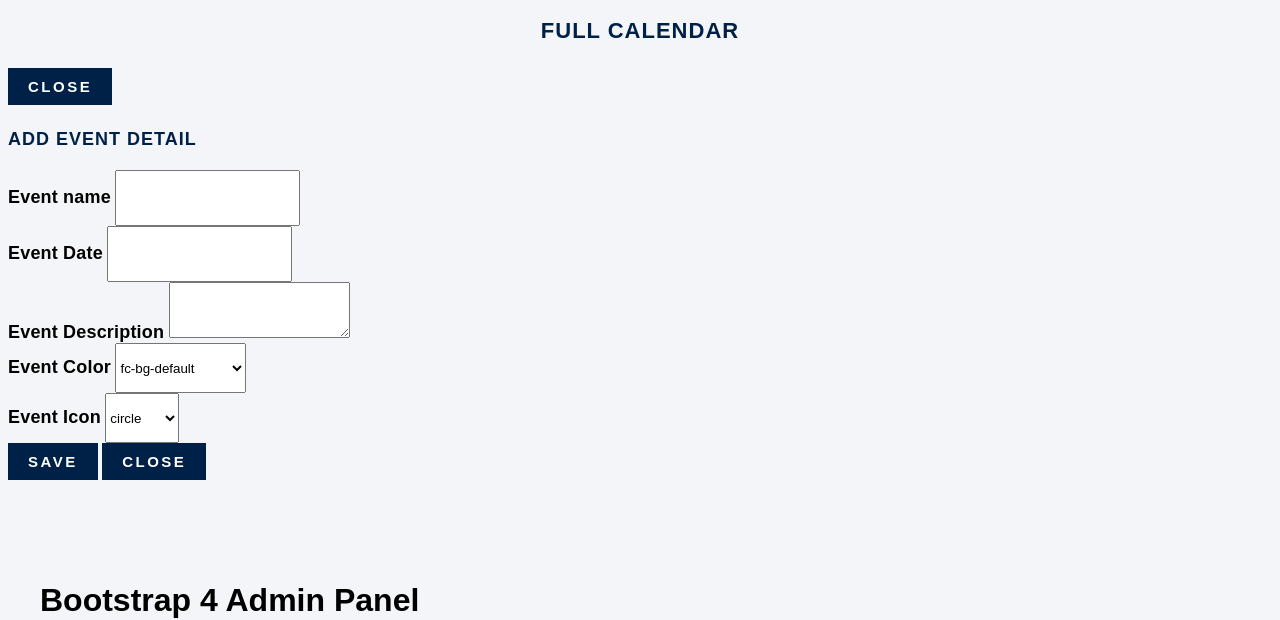
Repository: huyennvo/Calender
Page: Calender/index.html
The author's editor kept a copy of each file at every save. The page is drawn from the files as they stood at one save, then again after the next save.
The browser window is 1280 px wide. The pictures show the part of the page from y = 0 to 620 px (the page is 1263 px tall before and 1293 px after).
A picture or video elsewhere on the page could not be fetched, so the positions and the page height are approximate.

Above is the page before, as saved 2022-08-02 11:51:03.
Console error: ReferenceError: jQuery is not defined

### Calender/index.html
<!DOCTYPE html>
<html lang="en">

<head>
    <meta charset="UTF-8">
    <meta http-equiv="X-UA-Compatible" content="IE=edge">
    <meta name="viewport" content="width=device-width, initial-scale=1.0">
    <title>Document</title>
    <link rel="stylesheet" href="style.css">
</head>

<body>
    <div class="p-5">
        <h2 class="mb-4">Full Calendar</h2>
        <div class="card">
            <div class="card-body p-0">
                <div id="calendar"></div>
            </div>
        </div>
    </div>

    <!-- calendar modal -->
    <div id="modal-view-event" class="modal modal-top fade calendar-modal">
        <div class="modal-dialog modal-dialog-centered">
            <div class="modal-content">
                <div class="modal-body">
                    <h4 class="modal-title"><span class="event-icon"></span><span class="event-title"></span></h4>
                    <div class="event-body"></div>
                </div>
                <div class="modal-footer">
                    <button type="button" class="btn btn-primary" data-dismiss="modal">Close</button>
                </div>
            </div>
        </div>
    </div>

    <div id="modal-view-event-add" class="modal modal-top fade calendar-modal">
        <div class="modal-dialog modal-dialog-centered">
            <div class="modal-content">
                <form id="add-event">
                    <div class="modal-body">
                        <h4>Add Event Detail</h4>
                        <div class="form-group">
                            <label>Event name</label>
                            <input type="text" class="form-control" name="ename">
                        </div>
                        <div class="form-group">
                            <label>Event Date</label>
                            <input type='text' class="datetimepicker form-control" name="edate">
                        </div>
                        <div class="form-group">
                            <label>Event Description</label>
                            <textarea class="form-control" name="edesc"></textarea>
                        </div>
                        <div class="form-group">
                            <label>Event Color</label>
                            <select class="form-control" name="ecolor">
              <option value="fc-bg-default">fc-bg-default</option>
              <option value="fc-bg-blue">fc-bg-blue</option>
              <option value="fc-bg-lightgreen">fc-bg-lightgreen</option>
              <option value="fc-bg-pinkred">fc-bg-pinkred</option>
              <option value="fc-bg-deepskyblue">fc-bg-deepskyblue</option>
            </select>
                        </div>
                        <div class="form-group">
                            <label>Event Icon</label>
                            <select class="form-control" name="eicon">
              <option value="circle">circle</option>
              <option value="cog">cog</option>
              <option value="group">group</option>
              <option value="suitcase">suitcase</option>
              <option value="calendar">calendar</option>
            </select>
                        </div>
                    </div>
                    <div class="modal-footer">
                        <button type="submit" class="btn btn-primary">Save</button>
                        <button type="button" class="btn btn-primary" data-dismiss="modal">Close</button>
                    </div>
                </form>
            </div>
        </div>
    </div>


    <div class="related-product">
        <div class="container">
            <h1 class="text-center mb-5">Bootstrap 4 Admin Panel</h1>
            <ul class="row justify-content-center">
                <li class="col-md-6 col-sm-12">
                    <a href="https://github.com/dropways/deskapp">
                        <div class="related-box">
                            <img src="https://dropways.github.io/feathericons/assets/themes/twitter/images/deskapp.png" alt="deskapp">
                        </div>
                        <h3>DeskApp Bootstrap 4 admin template</h3>
                        <p>DeskApp Admin is a free to use Bootstrap 4 admin template. This template uses the default Bootstrap 4 styles along with a variety of powerful jQuery plugins and tools to create a powerful framework for creating admin panels or
                            back-end dashboards.</p>
                    </a>
                    <div class="text-center">
                        <a href="https://github.com/dropways/deskapp" target="_blank" class="btn btn-primary btn-lg download-btn"><i class="fa fa-github"></i> Download Now</a>
                    </div>
                </li>
            </ul>
        </div>
    </div>
    <script src="index.js"></script>
</body>

</html>

Loaded but not shown: Calender/index.js (160 lines, source omitted); Calender/style.css (1908 lines, source omitted)

After the next save:
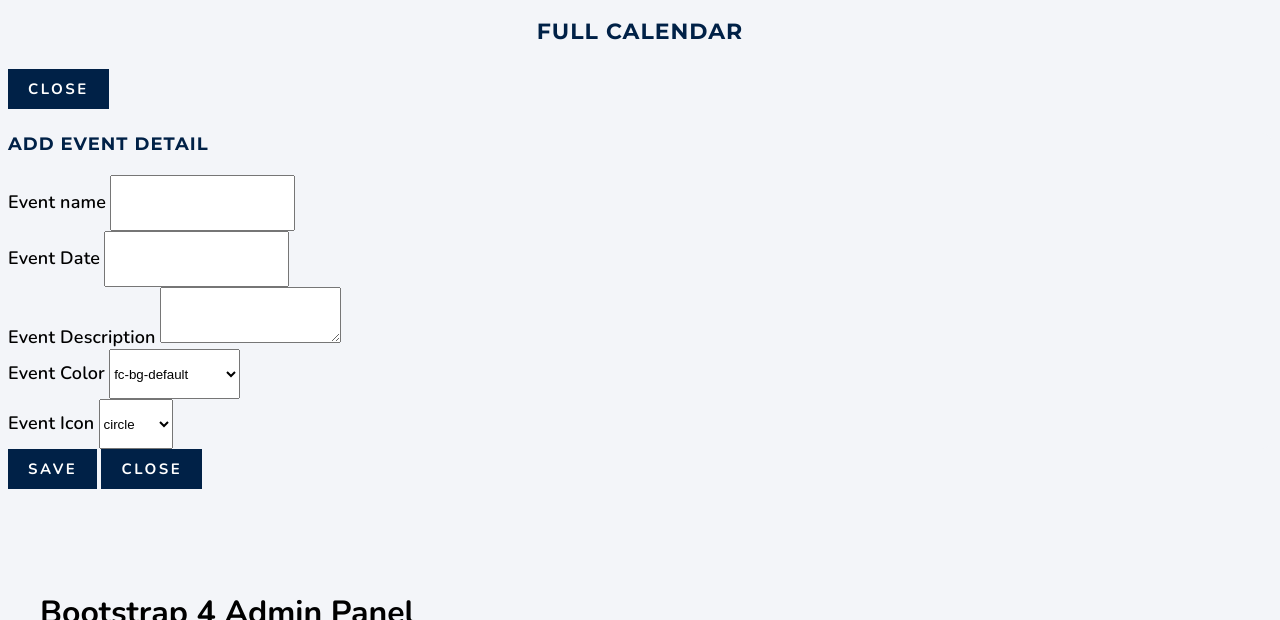
Saved 48 s later.
--- a/Calender/index.html
+++ b/Calender/index.html
@@ -7,6 +7,8 @@
     <meta name="viewport" content="width=device-width, initial-scale=1.0">
     <title>Document</title>
     <link rel="stylesheet" href="style.css">
+    <link href="https://fonts.googleapis.com/css?family=Nunito:400,600,700&display=swap" rel="stylesheet">
+    <link href="https://fonts.googleapis.com/css?family=Montserrat:300,400,500,600,700&display=swap" rel="stylesheet">
 </head>
 
 <body>
